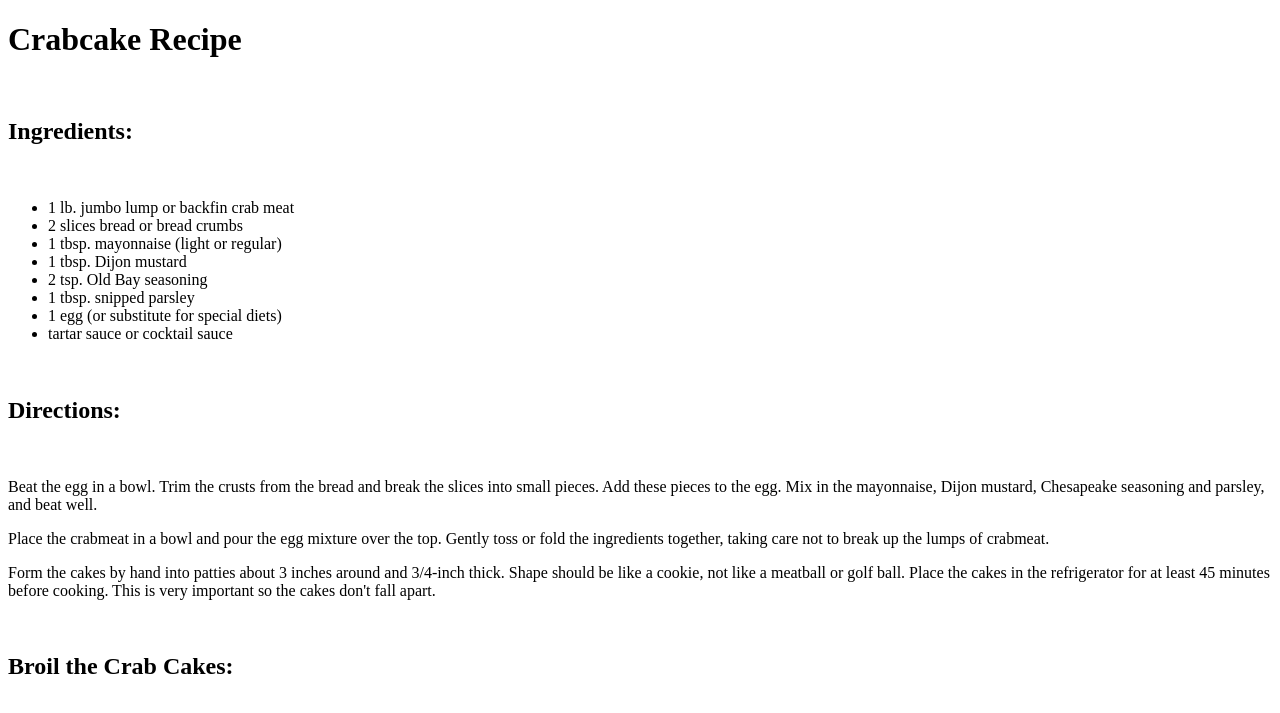
Repository: ri144/JavaWebCourse
Page: CrabcakeWebsite/WebContent/NewFile.html
These files come from the project's save history. The page is drawn as it stood at one moment and after the next save; the edit follows.
The browser window is 1280 px wide. The pictures show the whole page.

Above is the page before, as saved 2017-06-13 13:28:16.

After the next save:
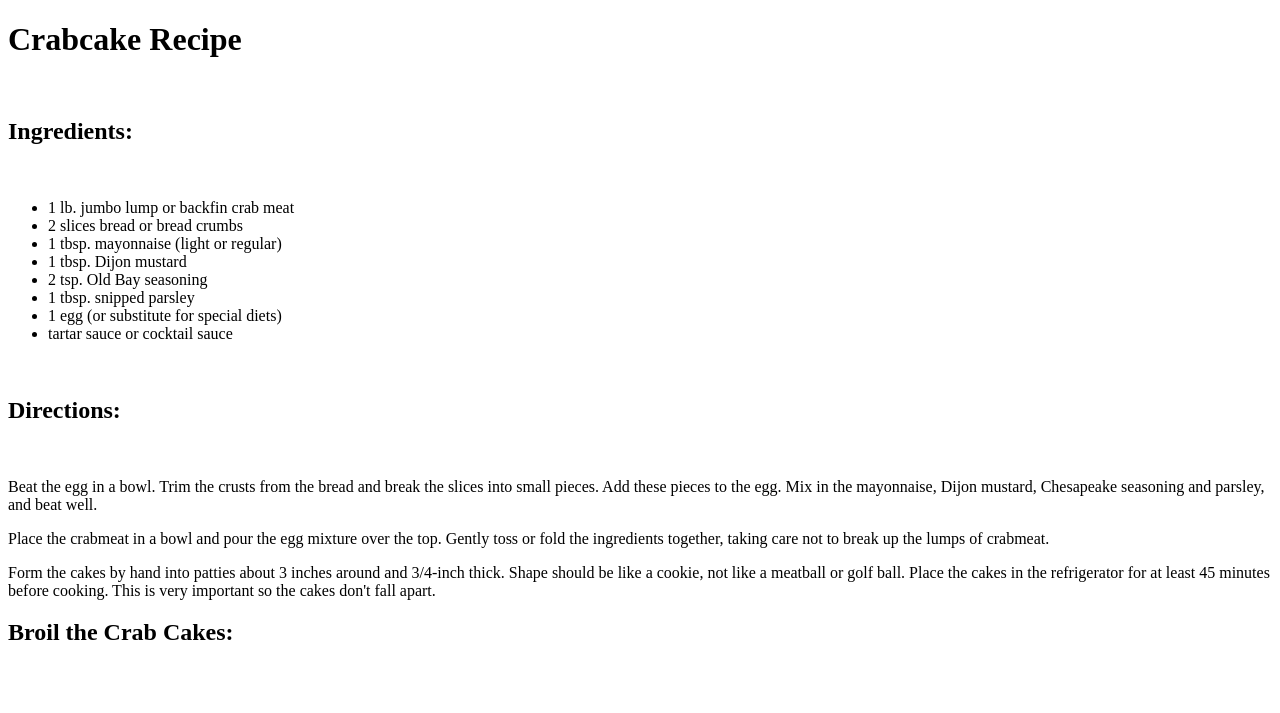
Saved 39 s later.
--- a/CrabcakeWebsite/WebContent/NewFile.html
+++ b/CrabcakeWebsite/WebContent/NewFile.html
@@ -24,7 +24,7 @@
 <p>Beat the egg in a bowl. Trim the crusts from the bread and break the slices into small pieces. Add these pieces to the egg. Mix in the mayonnaise, Dijon mustard, Chesapeake seasoning and parsley, and beat well.</p>
 <p>Place the crabmeat in a bowl and pour the egg mixture over the top. Gently toss or fold the ingredients together, taking care not to break up the lumps of crabmeat.</p>
 <p>Form the cakes by hand into patties about 3 inches around and 3/4-inch thick. Shape should be like a cookie, not like a meatball or golf ball. Place the cakes in the refrigerator for at least 45 minutes before cooking. This is very important so the cakes don't fall apart.</p>
-<br>
+
 <h2>Broil the Crab Cakes:</h2>
 </body>
 </html>
